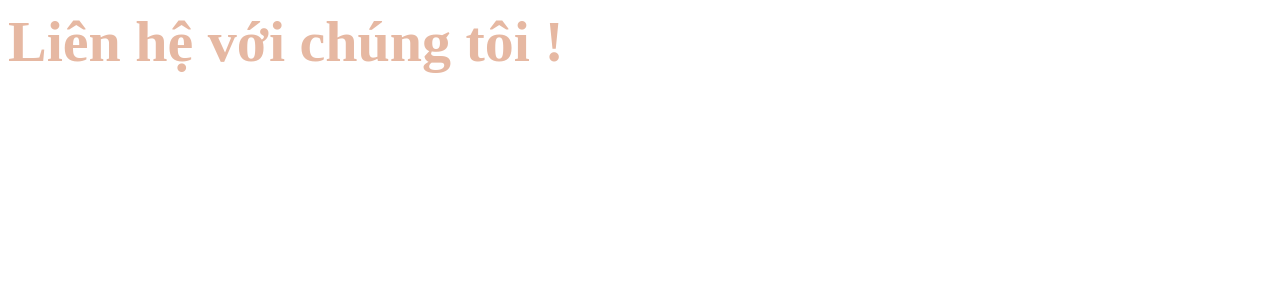
Repository: mingbeo100-boop/website_bancheonline
Page: http://localhost/pages/lienhe.php
An editor plug-in stored every save of this project. The page is shown before and after the next save, followed by the edit.
The browser window is 1280 px wide. The pictures show the whole page.
The page is run by PHP 8.4 with error messages shown; the project is at /var/www/html/.

Above is the page before, as saved 2025-11-27 07:52:12.

### pages/lienhe.php
    <style>
        h1 {
            font-family: 'Dancing Script', cursive;
            color: #E6B8A2;
            font-size: 58px;
        }
    </style>

    <h1 class="text-center">Liên hệ với chúng tôi !</h1>

After the next save:
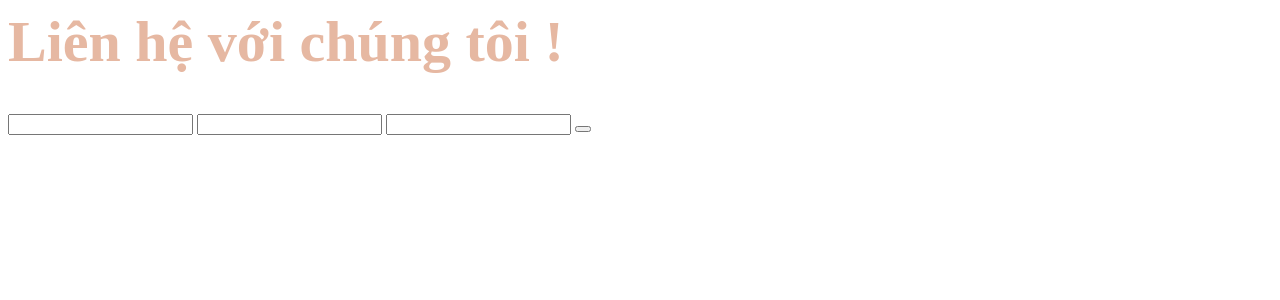
Saved 3 min 38 s later.
--- a/pages/lienhe.php
+++ b/pages/lienhe.php
@@ -7,3 +7,10 @@
     </style>
 
     <h1 class="text-center">Liên hệ với chúng tôi !</h1>
+
+    <form>
+        <input type="text" name="name" required>
+        <input type="number" name="number" required>
+        <input type="email" name="email" required>
+        <button type="submit" value="GỬI"></button>
+    </form>
